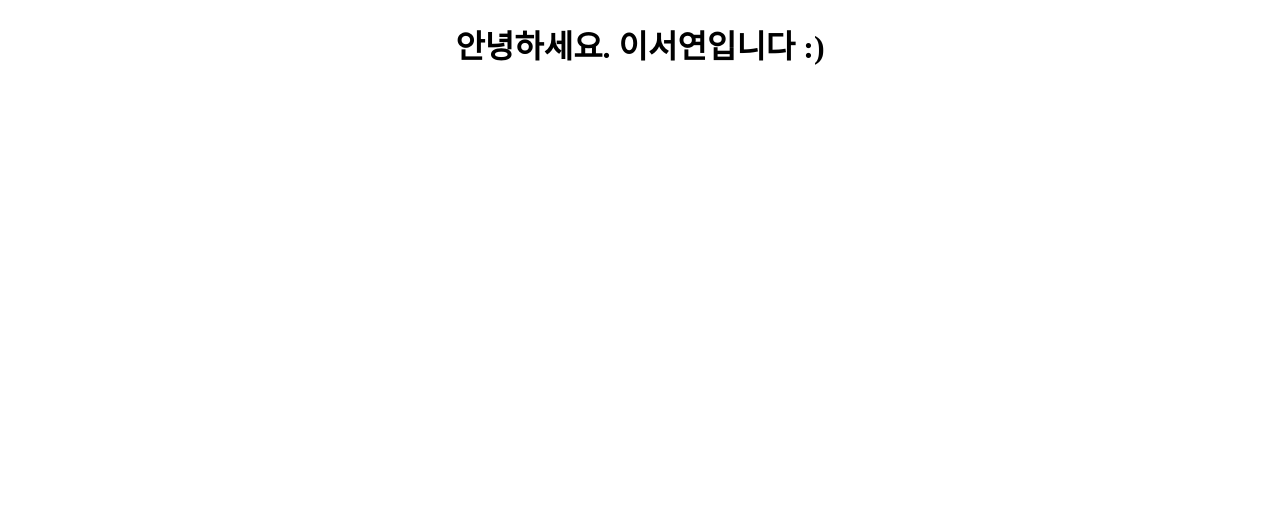
Repository: seoyeon0619/WebProgramming
Page: http://localhost/myhome1/자기소개.jsp
These files come from the project's save history. The page is drawn as it stood at one moment and after the next save; the edit follows.
The browser window is 1280 px wide. The pictures show the whole page.
Some web fonts or font styles are not loaded; a fallback is used. The page is served by Tomcat 9.

Above is the page before, as saved 2022-12-29 08:20:15.

After the next save:
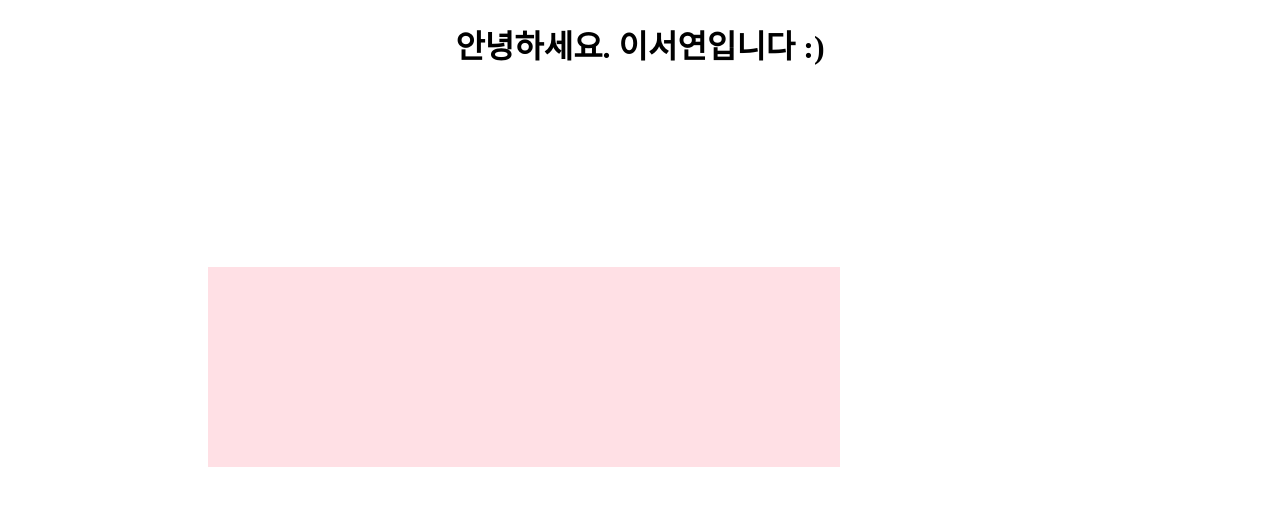
Saved 7 s later.
--- a/workspace1/myhome1/src/main/webapp/자기소개.jsp
+++ b/workspace1/myhome1/src/main/webapp/자기소개.jsp
@@ -22,7 +22,7 @@
         div {
         margin-top : 200px;
         margin-left : 200px;
-        height: 50%;
+        height: 200px;
   		width: 50%;
   		background-color: #ffe0e5;
         }
